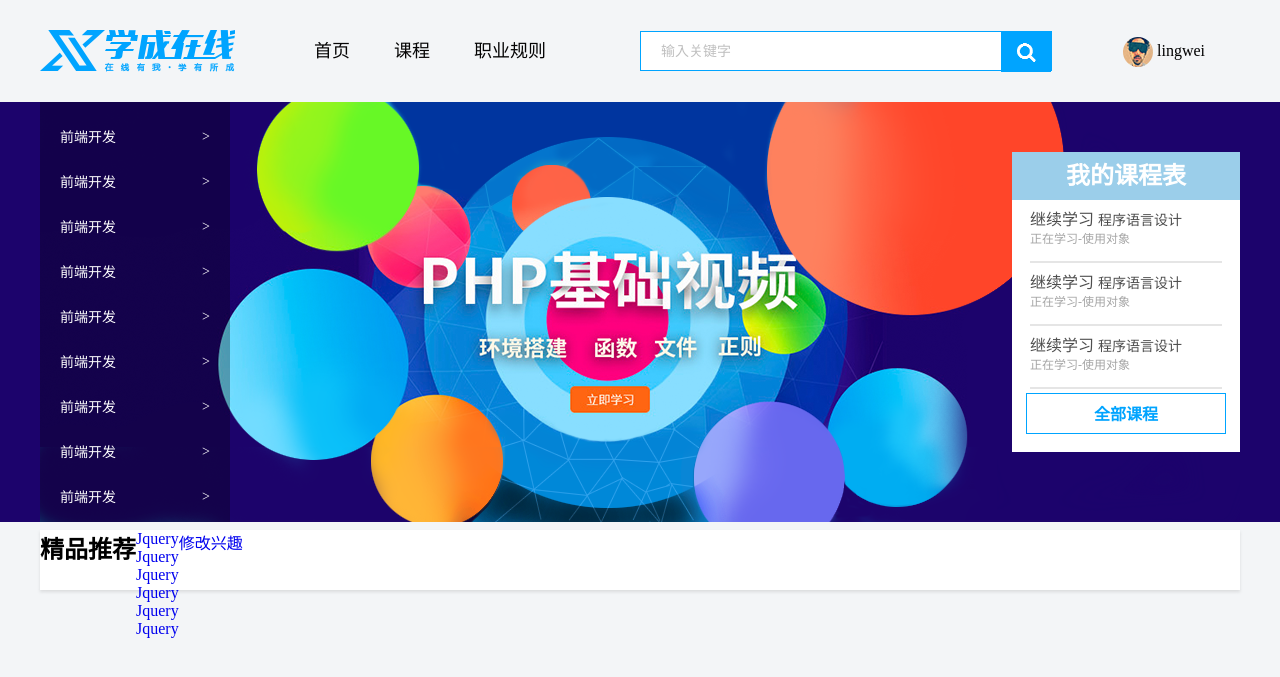
Repository: DengBiHua/xcdx
Page: index.html
The author's editor kept a copy of each file at every save. The page is drawn from the files as they stood at one save, then again after the next save.
The browser window is 1280 px wide. The pictures show the whole page.

Above is the page before, as saved 2022-04-14 23:18:18.

### index.html
<!DOCTYPE html>
<html lang="en">
<head>
    <meta charset="UTF-8">
    <meta http-equiv="X-UA-Compatible" content="IE=edge">
    <meta name="viewport" content="width=device-width, initial-scale=1.0">
    <title>学成在线</title>
    <link rel="stylesheet" href="css/index.css">
</head>
<body>
    <!-- 头部 -->
    <div class="header wrapper">
        <h1>
            <a href="#">
                <img src="images/logo.png" alt="">
            </a>
        </h1>
        <!-- 导航 -->
        <div class="nav">
            <ul>
                <li><a href="#">首页</a></li>
                <li><a href="#">课程</a></li>
                <li><a href="#">职业规则</a></li>
            </ul>
        </div>
        <!-- 搜索 -->
        <div class="search">
            <input type="text" placeholder="输入关键字">
            <button></button>
        </div>
        <!-- 用户 -->
        <div class="user">
            <img src="./images/user.png" alt="">
            <span>lingwei</span>
        </div>
    </div>
    <div class="banner">
        <div class="wrapper">
            <div class="left">
                <ul>
                    <li><a href="#">前端开发<span>></span></a></li>
                    <li><a href="#">前端开发<span>></span></a></li>
                    <li><a href="#">前端开发<span>></span></a></li>
                    <li><a href="#">前端开发<span>></span></a></li>
                    <li><a href="#">前端开发<span>></span></a></li>
                    <li><a href="#">前端开发<span>></span></a></li>
                    <li><a href="#">前端开发<span>></span></a></li>
                    <li><a href="#">前端开发<span>></span></a></li>
                    <li><a href="#">前端开发<span>></span></a></li>
                </ul>
            </div>
            <div class="right">
                <h2>我的课程表</h2>
                <div class="content">
                    <dl>
                        <dt>
                            <span class="titleLeft">继续学习</span>
                            <span class="titleRight">程序语言设计</span>
                        </dt>
                        <dd>正在学习-使用对象</dd>
                    </dl>
                    <dl>
                        <dt>
                            <span class="titleLeft">继续学习</span>
                            <span class="titleRight">程序语言设计</span>
                        </dt>
                        <dd>正在学习-使用对象</dd>
                    </dl>
                    <dl>
                        <dt>
                            <span class="titleLeft">继续学习</span>
                            <span class="titleRight">程序语言设计</span>
                        </dt>
                        <dd>正在学习-使用对象</dd>
                    </dl>
                </div>
                <a href="#" class="all">全部课程</a>
            </div>
        </div>
    </div>
    <!-- 精品推荐 -->
    <div class="recommend wrapper">
        <h2>精品推荐</h2>
        <ul>
            <li><a href="#">Jquery</a></li>
            <li><a href="#">Jquery</a></li>
            <li><a href="#">Jquery</a></li>
            <li><a href="#">Jquery</a></li>
            <li><a href="#">Jquery</a></li>
            <li><a href="#">Jquery</a></li>
        </ul>
        <a href="#">修改兴趣</a>
    </div>
</body>
</html>

### css/index.css
/* css代码顺序
1、浮动/display
2、盒子模型
3、文字样式
 */

/* 通用模版 */
* {
    margin: 0;
    padding: 0;
    /* 内减模式 */
    box-sizing: border-box;
}
li {
    /* 清除列表前方小圆点 */
    list-style-type: none;
}
a {
    /* 去除超链接文字的下划线 */
    text-decoration: none;
}
.clearfix::before,.clearfix::after {
    content: "";
    display: table;
}
.clearfix::after {
    clear: both;
}

/* 版心 */
.wrapper {
    width: 1200px;
    margin: 0 auto;
}

body {
    background-color: #f3f5f7;
}

/* 头部 */
.header {
    height: 42px;
    margin: 30px auto;
}

h1 {
    float: left;
}

/* 导航 */
.nav {
    float: left;

    height: 42px;
    margin-left: 70px;
}

.nav li {
    float: left;

    margin-right: 26px;
}

.nav li a {
    display: block;

    padding: 0 9px;
    height: 42px;
    line-height: 42px;

    font-size: 18px;
    color: #050505;
}

.nav li a:hover {
    border-bottom: 2px solid #00a4ff;
}

.search {
    float: left;
    margin-left: 59px;
    margin-top: 1px;
    width: 412px;
    height: 40px;
    border: 1px solid #00a4ff;
}

.search input {
    float: left;
    padding-left: 20px;
    width: 360px;
    height: 38px;
    border: 0;
}

.search input::placeholder {
    font-size: 14px;
    color: #bfbfbf;
}

.search button {
    float: left;
    width: 50px;
    height: 40px;
    background-image: url(../images/btn.png);
    border: 0;
}

.user {
    float: right;
    margin-right: 35px;
    height: 42px;
    line-height: 42px;
}

.user img {
    /* 调节图片垂直方向对齐方式 */
    vertical-align: middle;
}

.banner {
    height: 420px;
    background-color: #1c036c;
}

.banner .wrapper {
    height: 420px;
    background-image: url(../images/banner2.png);
}

.banner .left {
    float: left;
    padding: 0 20px;
    width: 190px;
    height: 420px;
    background-color: rgba(0, 0, 0, 0.3);
    line-height: 44px;
}

.banner ul {
    margin-top: 13px;
}

.banner a {
    font-size: 14px;
    color: #ffffff;
}

.banner a:hover {
    color: #00b4ff;
}

.banner .left span {
    float: right;
}

.banner .right {
    float: right;
    margin-top: 50px;
    width: 228px;
    height: 300px;
    background-color: #ffffff;
}

.banner .right h2 {
    height: 48px;
    background-color: #9bceea;
    font: 18px;
    color: #ffffff;
    text-align: center;
    line-height: 48px;
}

.banner .content {
    padding: 0 18px;
}

.banner .right dl {
    padding: 12px 0;
    border-bottom: 2px solid #e5e5e5;
}

.banner .right .content dt {
    color: #4e4e4e;
    line-height: 16px;
}

.banner .right .titleLeft {
    font-size: 16px;
}

.banner .right .titleRight {
    font-size: 14px;
}

.banner .right .content dd {
    color: #a5a5a5;
    font-size: 12px;
    line-height: 20px;
}

.banner .right .all {
    display: block;
    margin: 4px auto 0;
    width: 200px;
    height: 41px;
    border: 1px solid #00a4ff;
    font-weight: 700;
    font-size: 16px;
    color: #00a4ff;
    text-align: center;
    line-height: 41px;
}

.recommend {
    margin-top: 8px;
    height: 60px;
    background-color: #ffffff;
    box-shadow: 0px 2px 3px 0px rgba(118, 118, 118, 0.2);
}

.recommend h2 {
    float: left;
}

.recommend ul {
    float: left;
}

.recommend .interest {
    float: right;
}

After the next save:
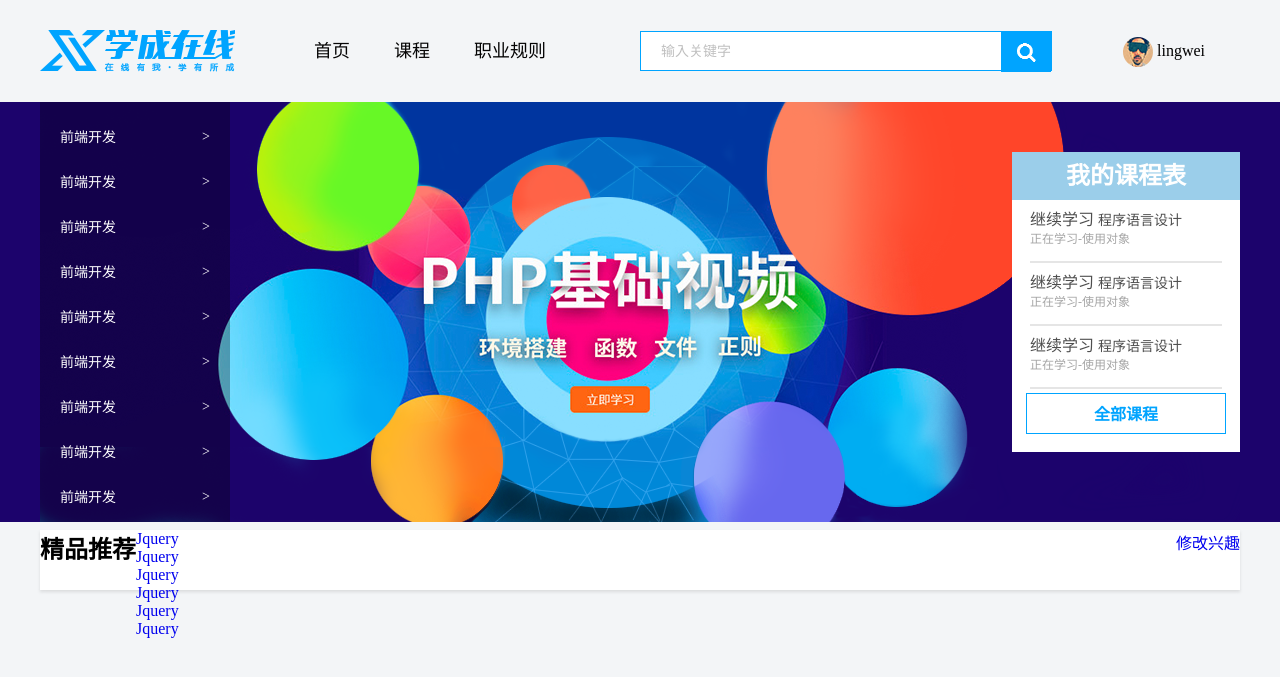
Saved 7 s later.
--- a/index.html
+++ b/index.html
@@ -89,7 +89,7 @@
             <li><a href="#">Jquery</a></li>
             <li><a href="#">Jquery</a></li>
         </ul>
-        <a href="#">修改兴趣</a>
+        <a href="#" class="interest">修改兴趣</a>
     </div>
 </body>
 </html>
